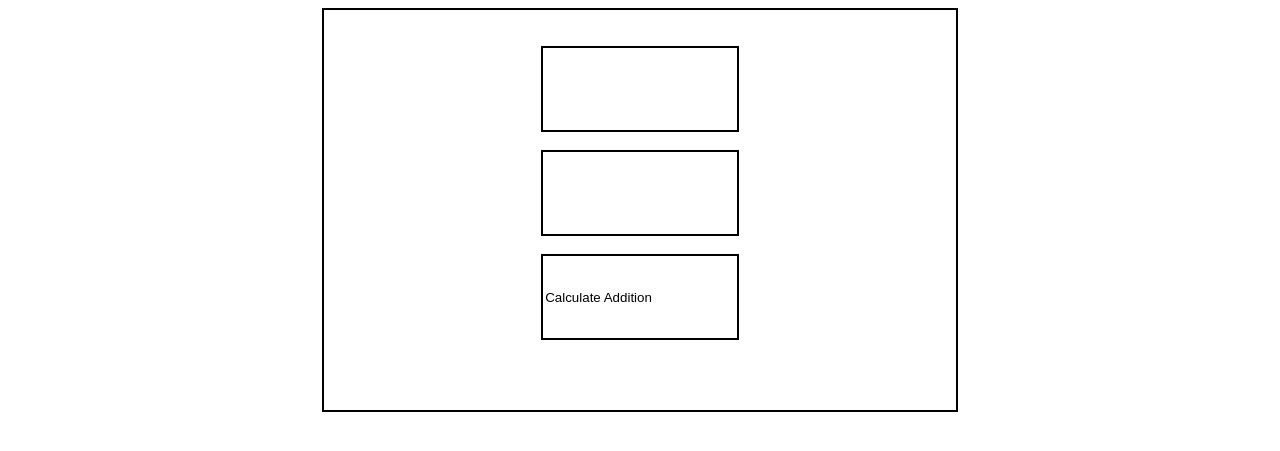
Repository: KiranNaikwadi/JSP
Page: http://localhost/Program/Add.jsp
An editor plug-in stored every save of this project. The page is shown before and after the next save, followed by the edit.
The browser window is 1280 px wide. The pictures show the whole page.
The page is served by Tomcat 9.

Above is the page before, as saved 2024-04-06 04:49:40.

After the next save:
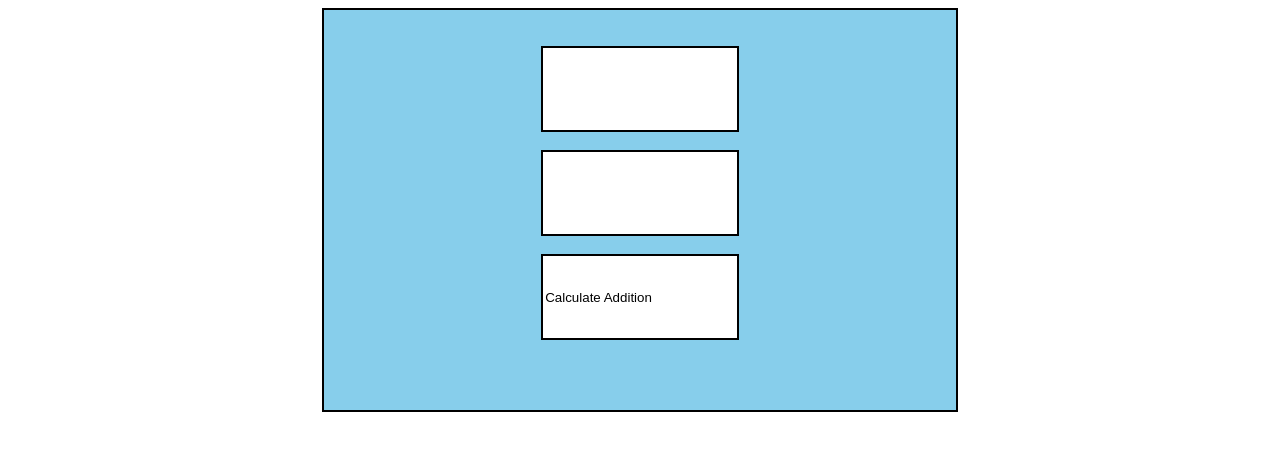
Saved 48 s later.
--- a/Program/src/main/webapp/Add.jsp
+++ b/Program/src/main/webapp/Add.jsp
@@ -15,6 +15,7 @@ form{
 border:2px solid black;
 height:400px;
 width:50%;
+background-color: skyblue;
 }
 </style>
 </head>
